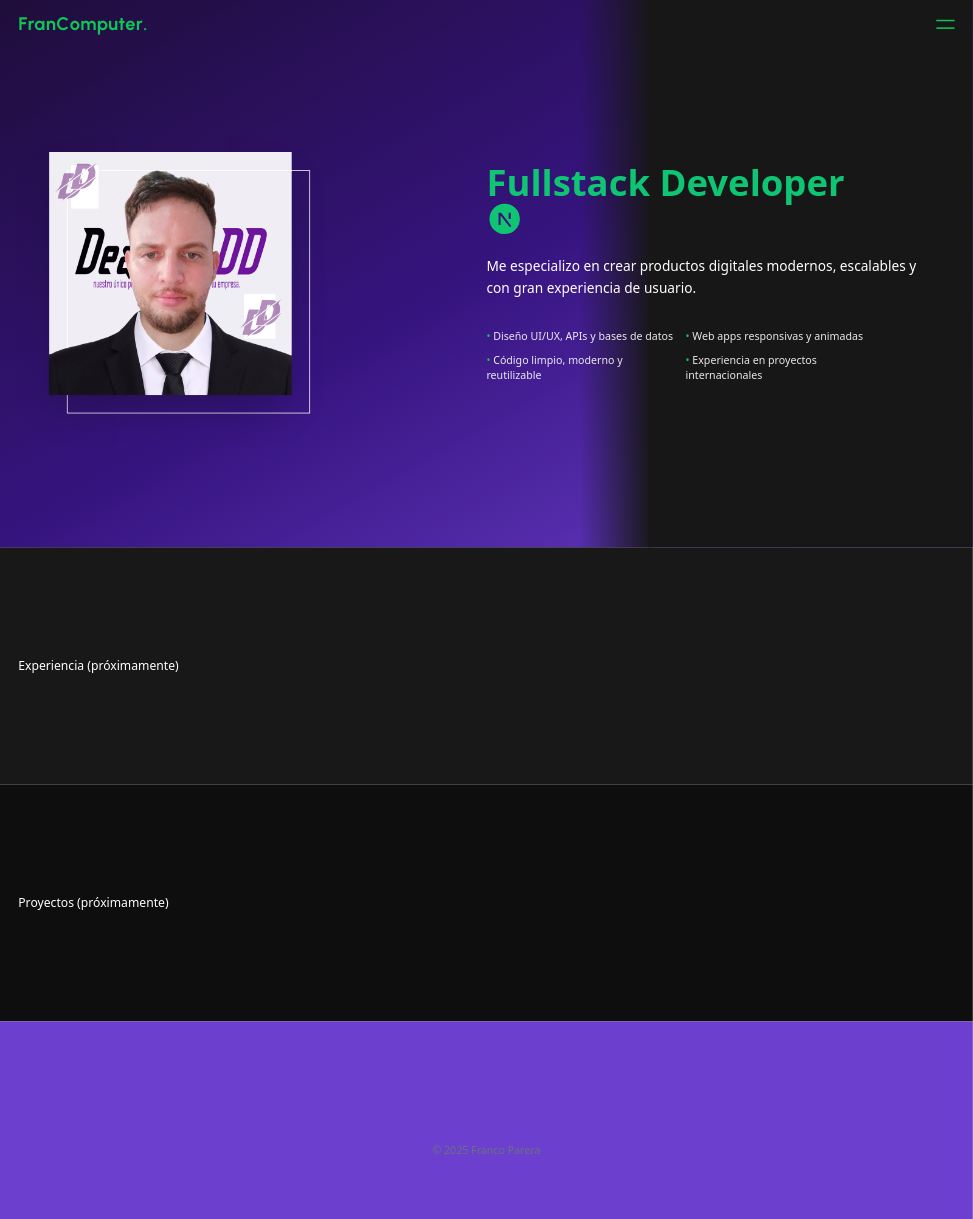
Repository: francoluca35/portfolio-franco-dev
Page: /
The author's editor kept a copy of each file at every save. The page is drawn from the files as they stood at one save, then again after the next save.
The browser window is 1280 px wide. The pictures show the whole page, at 76% of full size.
The project was rebuilt for these pictures with package versions that can differ from the ones it lists, and the page was loaded fresh each time. The framework's server and built-in components were replaced by stand-ins that run in the browser. Also part of the build but not shown: next.config.js.

Above is the page before, as saved 2025-05-06 02:25:59.

### app/layout.jsx
import Nav from "../components/Nav";
import "../styles/globals.css";
import { Outfit } from "next/font/google";

export const metadata = {
  title: "Franco Parera | Desarrollador Web Fullstack",
  description:
    "Portfolio de Franco Parera, desarrollador web especializado en React, Next.js y soluciones escalables.",
  keywords:
    "desarrollador web, portfolio, frontend, backend, next.js, react, diseño web, SEO, Buenos Aires",
  authors: [{ name: "Franco Parera" }],
  creator: "Franco Parera",
  openGraph: {
    title: "Franco Parera | Desarrollador Web",
    description:
      "Conocé mis proyectos como desarrollador web fullstack. Diseño moderno, rendimiento y SEO.",
    url: "https://tusitio.com",
    siteName: "Franco Parera | Portfolio",
    images: [
      {
        url: "https://tusitio.com/og-image.jpg",
        width: 1200,
        height: 630,
        alt: "Imagen portfolio Franco",
      },
    ],
    locale: "es_AR",
    type: "website",
  },
  twitter: {
    card: "summary_large_image",
    title: "Franco Parera | Desarrollador Web",
    description:
      "Portfolio profesional de Franco Parera con proyectos reales, experiencia y habilidades técnicas.",
    images: ["https://tusitio.com/og-image.jpg"],
  },
};
const outfit = Outfit({
  subsets: ["latin"],
  weight: ["400", "600", "700"], // Podés ajustar los pesos
});

export default function RootLayout({ children }) {
  return (
    <html lang="es">
      <head>
        <meta name="viewport" content="width=device-width, initial-scale=1" />
        <link rel="icon" href="/favicon.ico" />
      </head>
      <body className="antialiased scroll-smooth outfit.className">
        <Nav />
        <div className="pt-20">{children}</div>{" "}
      </body>
    </html>
  );
}

### app/page.jsx
import Hero from "../components/Hero";
import Experience from "../components/Experience";
import Projects from "../components/Projects";
import Footer from "../components/Footer";

export default function HomePage() {
  return (
    <main>
      <section id="inicio">
        <Hero />
      </section>

      <section id="experiencia" className="bg-[#181818] text-white py-20 px-6">
        <Experience />
      </section>

      <section id="proyectos" className="bg-[#0E0E0E] text-white py-20 px-6">
        <Projects />
      </section>

      <section id="contacto" className="bg-[#6C3FCF] text-white py-20 px-6">
        <Footer />
      </section>
    </main>
  );
}

### components/Nav.jsx
"use client";

import { useState, useEffect } from "react";
import Link from "next/link";
import { motion, AnimatePresence } from "framer-motion";
import { FaGithub, FaInstagram, FaLinkedin } from "react-icons/fa";
import AnimatedLogo from "./AnimatedLogo";

const menuItems = [
  { href: "#inicio", label: "INICIO" },
  { href: "#experiencia", label: "EXPERIENCIA" },
  { href: "#proyectos", label: "PROYECTOS" },
  { href: "#contacto", label: "CONTACTO" },
];

export default function Nav() {
  const [isOpen, setIsOpen] = useState(false);
  const [scrolled, setScrolled] = useState(false);

  useEffect(() => {
    const handleScroll = () => {
      setScrolled(window.scrollY > 10);
    };
    window.addEventListener("scroll", handleScroll);
    return () => window.removeEventListener("scroll", handleScroll);
  }, []);

  return (
    <>
      <nav
        className={`fixed w-full px-6 py-4 flex justify-between items-center z-50 transition-colors duration-300 ${
          scrolled ? "bg-[#2b06364b] shadow-lg" : "bg-transparent"
        }`}
      >
        <AnimatedLogo />

        <button onClick={() => setIsOpen(true)} className="space-y-2">
          <span className="block w-6 h-0.5 bg-[#0fc555]"></span>
          <span className="block w-6 h-0.5 bg-[#0fc555]"></span>
        </button>
      </nav>

      <AnimatePresence>
        {isOpen && (
          <motion.div
            initial={{ y: "-100vh", opacity: 0 }}
            animate={{ y: 0, opacity: 1 }}
            exit={{ y: "-100vh", opacity: 0 }}
            transition={{
              type: "spring",
              stiffness: 100,
              damping: 15,
              bounce: 0.25,
              duration: 0.8,
            }}
            className="fixed inset-0 bg-[#2c1167] text-white flex flex-col items-center justify-center text-5xl font-extrabold z-50"
          >
            <button
              onClick={() => setIsOpen(false)}
              className="absolute top-6 right-8 text-lg font-bold hover:text-black"
            >
              close
            </button>

            <ul className="space-y-8 text-center">
              {menuItems.map((item, index) => (
                <motion.li
                  key={item.href}
                  initial={{ opacity: 0, y: 30 }}
                  animate={{ opacity: 1, y: 0 }}
                  transition={{ delay: 0.3 + index * 0.15 }}
                  className="hover:text-black hover:text-6xl transition-all duration-300"
                >
                  <Link href={item.href} onClick={() => setIsOpen(false)}>
                    {item.label}
                  </Link>
                </motion.li>
              ))}
            </ul>

            <div className="text-2xl mt-16 flex gap-8">
              <a
                href="https://www.linkedin.com/in/franco-parera/"
                target="_blank"
                rel="noopener noreferrer"
                className="hover:text-[#0077B5] transition-colors duration-300"
              >
                <FaLinkedin />
              </a>
              <a
                href="https://github.com/francoluca35"
                target="_blank"
                rel="noopener noreferrer"
                className="hover:text-[#010101] transition-colors duration-300"
              >
                <FaGithub />
              </a>
              <a
                href="https://www.instagram.com/franco.dev24/"
                target="_blank"
                rel="noopener noreferrer"
                className="hover:text-[#c550ff] transition-colors duration-300"
              >
                <FaInstagram />
              </a>
            </div>
          </motion.div>
        )}
      </AnimatePresence>
    </>
  );
}

### components/Hero.jsx
"use client";
import { motion } from "framer-motion";
import Image from "next/image";
import { RiNextjsFill } from "react-icons/ri";

export default function Hero() {
  return (
    <section
      aria-label="Presentación de Franco Parera como Fullstack Developer"
      className="-mt-20 relative w-full min-h-screen text-white flex items-center justify-center sm:px-12 py-20 bg-gradient-to-br from-[#1f0d3a] via-[#36147f] to-[#6C3FCF]"
    >
      {/* Fondo negro a la derecha */}
      <div className="hidden md:block absolute top-0 right-0 w-1/3 h-full bg-[#171717] z-0" />

      {/* Difuminado entre violeta y negro */}
      <div className="hidden md:block absolute top-0 right-[33%] w-24 h-full bg-gradient-to-r from-transparent to-[#171717] z-10" />

      {/* Contenido */}
      <div className="relative z-20 max-w-6xl w-full flex flex-col items-center md:flex-row md:items-center md:justify-between gap-10 md:gap-0">
        {/* Imagen */}
        <motion.div
          initial={{ opacity: 0, scale: 0.95 }}
          animate={{ opacity: 1, scale: 1 }}
          transition={{ duration: 0.6 }}
          className="relative flex justify-center"
        >
          <div className="absolute top-6 left-6 w-60 h-60 md:w-80 md:h-80 border border-white z-0" />
          <div className="relative w-70 h-70 md:w-80 md:h-80 shadow-2xl overflow-hidden z-10">
            <Image
              src="/assets/yo-franco.png"
              alt="Franco Parera - desarrollador fullstack"
              fill
              className="object-cover"
              priority
            />
          </div>
        </motion.div>

        {/* Texto */}
        <div className="text-center md:text-left md:w-1/2 space-y-6">
          <motion.h1
            initial={{ opacity: 0, y: 20 }}
            animate={{ opacity: 1, y: 0 }}
            transition={{ duration: 0.6 }}
            className="text-4xl sm:text-5xl font-extrabold text-[#0fc573]"
          >
            Fullstack Developer
            <RiNextjsFill />
          </motion.h1>

          <motion.p
            initial={{ opacity: 0, y: 20 }}
            animate={{ opacity: 1, y: 0 }}
            transition={{ delay: 0.2, duration: 0.6 }}
            className="text-base sm:text-lg text-white max-w-xl mx-auto md:mx-0"
          >
            Me especializo en crear productos digitales modernos, escalables y
            con gran experiencia de usuario.
          </motion.p>

          {/* Lista de habilidades */}
          <motion.div
            initial={{ opacity: 0, y: 20 }}
            animate={{ opacity: 1, y: 0 }}
            transition={{ delay: 0.2, duration: 0.6 }}
            className="grid grid-cols-1 sm:grid-cols-2 gap-3 text-sm text-white/90 max-w-lg mx-auto md:mx-0 pt-4"
          >
            <p>
              <span className="text-[#0fc555]">•</span> Diseño UI/UX, APIs y
              bases de datos
            </p>
            <p>
              <span className="text-[#0fc555]">•</span> Web apps responsivas y
              animadas
            </p>
            <p>
              <span className="text-[#0fc555]">•</span> Código limpio, moderno y
              reutilizable
            </p>
            <p>
              <span className="text-[#0fc555]">•</span> Experiencia en proyectos
              internacionales
            </p>
          </motion.div>
        </div>
      </div>
    </section>
  );
}

### components/Experience.jsx
export default function Experience() { return <section className="my-16">Experiencia (próximamente)</section>; }

### components/Projects.jsx
export default function Projects() { return <section className="my-16">Proyectos (próximamente)</section>; }

### components/Footer.jsx
export default function Footer() { return <footer className="mt-20 text-center text-sm text-gray-500">© 2025 Franco Parera</footer>; }

### components/AnimatedLogo.jsx
"use client";
import { useState, useEffect } from "react";
import { Outfit, Urbanist } from "next/font/google";
const outfit = Urbanist({
  subsets: ["latin"],
  weight: ["400", "700"],
});
export default function AnimatedLogo() {
  const leftFull = "Fran";
  const rightFull = "Computer";
  const base = "FC";

  const [left, setLeft] = useState("");
  const [right, setRight] = useState("");
  const [phase, setPhase] = useState("expand");
  const [step, setStep] = useState(0);

  useEffect(() => {
    let interval;

    if (phase === "expand") {
      interval = setInterval(() => {
        setLeft((prev) => {
          if (prev.length < leftFull.length - 1) {
            return leftFull.slice(1, prev.length + 2);
          }
          return prev;
        });

        setRight((prev) => {
          if (prev.length < rightFull.length - 1) {
            return rightFull.slice(1, prev.length + 2);
          }
          return prev;
        });

        setStep((prev) => {
          const next = prev + 1;
          if (next >= Math.max(leftFull.length - 1, rightFull.length - 1)) {
            clearInterval(interval);
            setTimeout(() => setPhase("pause"), 1200);
          }
          return next;
        });
      }, 100);
    }

    if (phase === "contract") {
      interval = setInterval(() => {
        setLeft((prev) => prev.slice(0, -1));
        setRight((prev) => prev.slice(0, -1));
        setStep((prev) => {
          const next = prev - 1;
          if (next <= 0) {
            clearInterval(interval);
            setTimeout(() => setPhase("expand"), 1000);
          }
          return next;
        });
      }, 60);
    }

    if (phase === "pause") {
      setTimeout(() => {
        setPhase("contract");
      }, 800);
    }

    return () => clearInterval(interval);
  }, [phase]);

  return (
    <h1
      className={`text-2xl font-bold text-[#0fc555] tracking-wide ${outfit.className}`}
    >
      F<span className="inline-block">{left}</span>C
      <span className="inline-block">{right}</span>
      <span className="text-[#0fc555] animate-pulse">.</span>
    </h1>
  );
}

### tailwind.config.js
/** @type {import('tailwindcss').Config} */
module.exports = {
  content: [
    "./app/**/*.{js,ts,jsx,tsx}",
    "./components/**/*.{js,ts,jsx,tsx}",
  ],
  darkMode: 'class',
  theme: {
    extend: {},
  },
  plugins: [],
}

Loaded but not shown: styles/globals.css (common file)

After the next save:
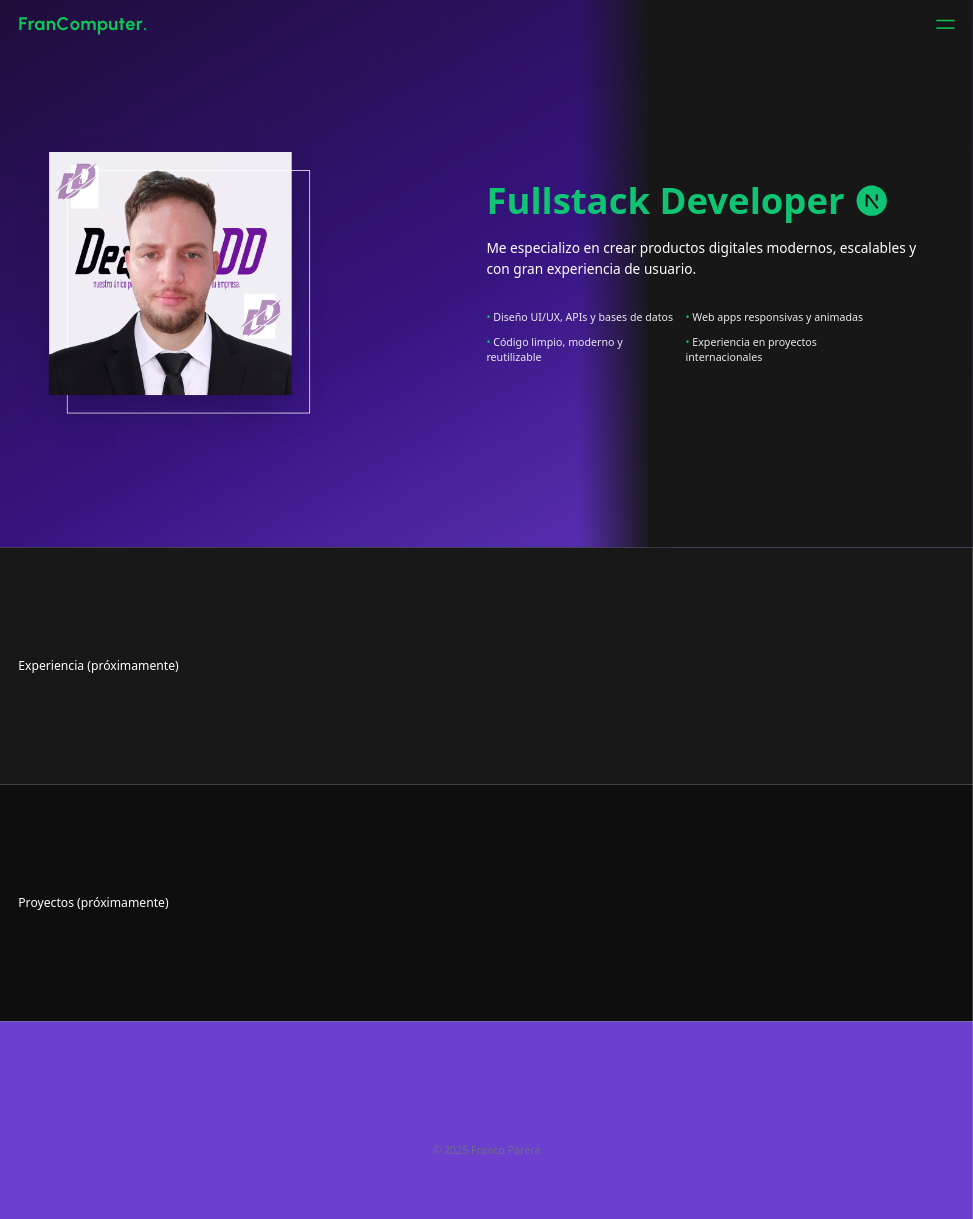
Saved 43 s later.
--- a/components/Hero.jsx
+++ b/components/Hero.jsx
@@ -42,10 +42,10 @@ export default function Hero() {
             initial={{ opacity: 0, y: 20 }}
             animate={{ opacity: 1, y: 0 }}
             transition={{ duration: 0.6 }}
-            className="text-4xl sm:text-5xl font-extrabold text-[#0fc573]"
+            className="text-4xl sm:text-5xl font-extrabold text-[#0fc573] flex items-center gap-3"
           >
             Fullstack Developer
-            <RiNextjsFill />
+            <RiNextjsFill className="text-4xl sm:text-5xl" />
           </motion.h1>
 
           <motion.p
